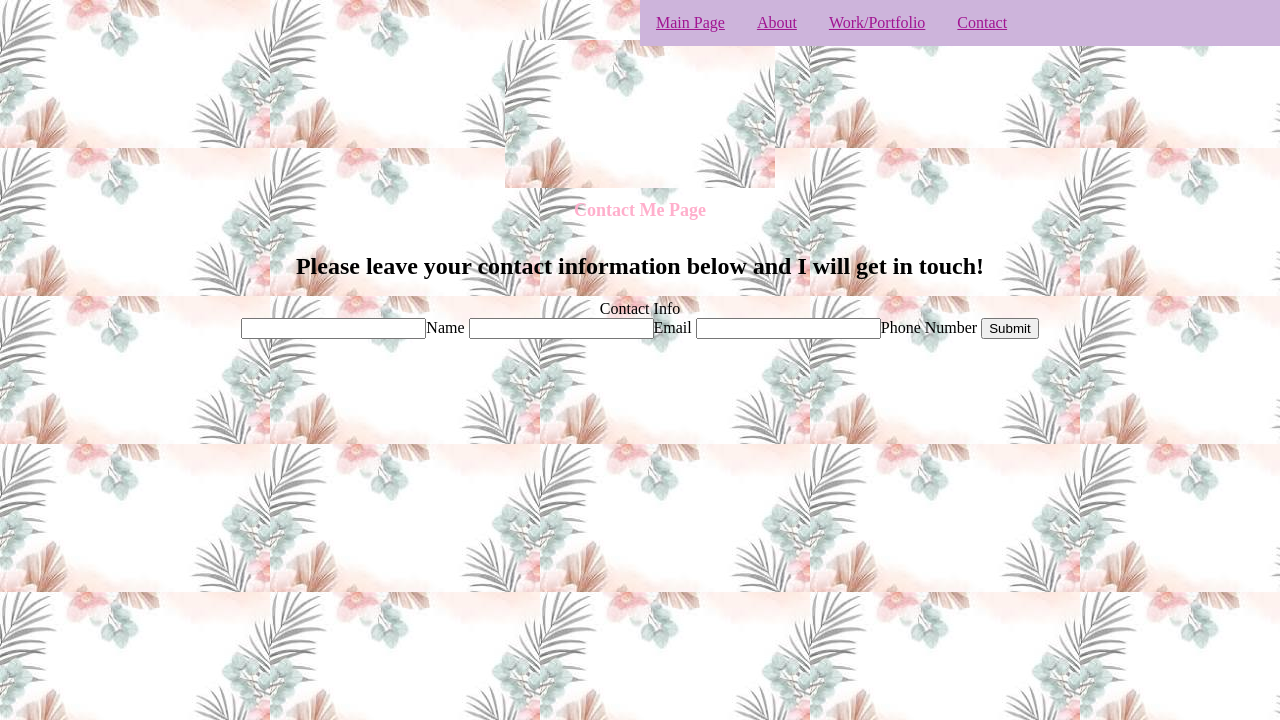
Repository: MelindaN14/My-Personal-Website
Page: contact.html
An editor plug-in stored every save of this project. The page is shown before and after the next save, followed by the edit.
The browser window is 1280 px wide. The pictures show the whole page.

Above is the page before, as saved 2024-03-25 22:34:01.

After the next save:
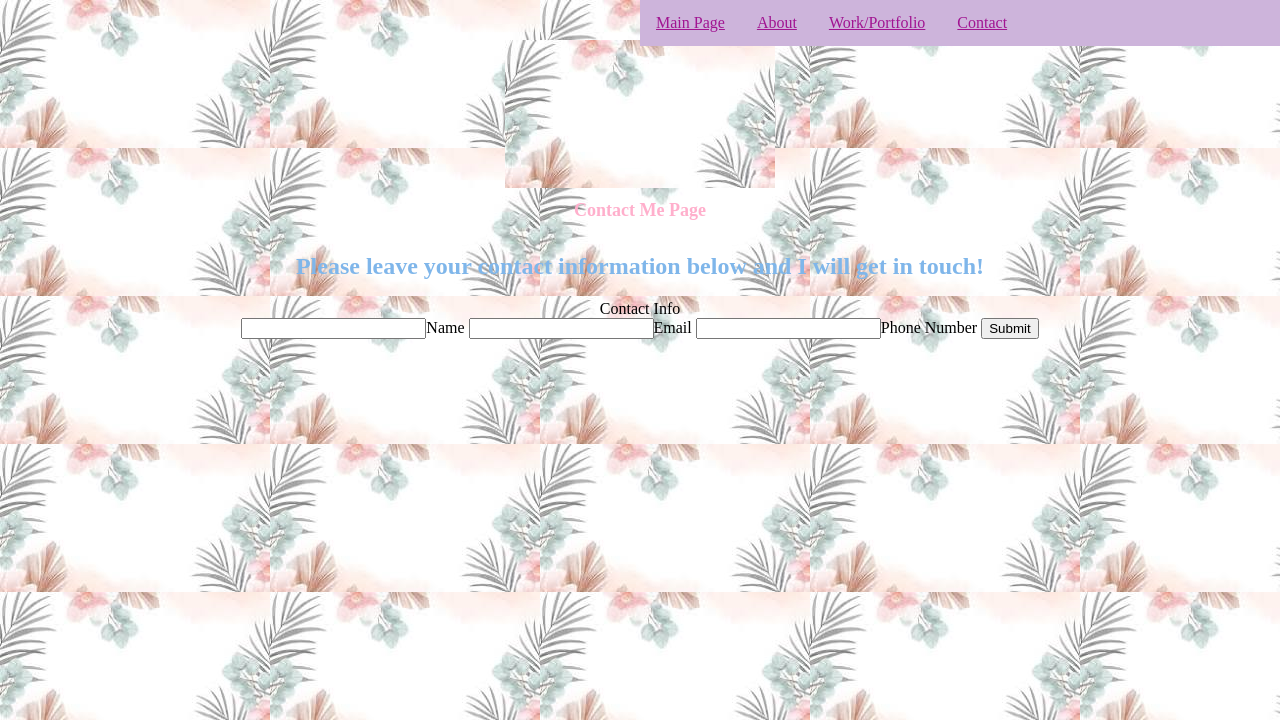
Saved 8 s later.
--- a/style.css
+++ b/style.css
@@ -34,7 +34,7 @@ h1 {
   text-align: center;
 }
 h2{
-    color:;
+    color:#7fb6ea;
 }
 p {
   color: #cdb4db;
